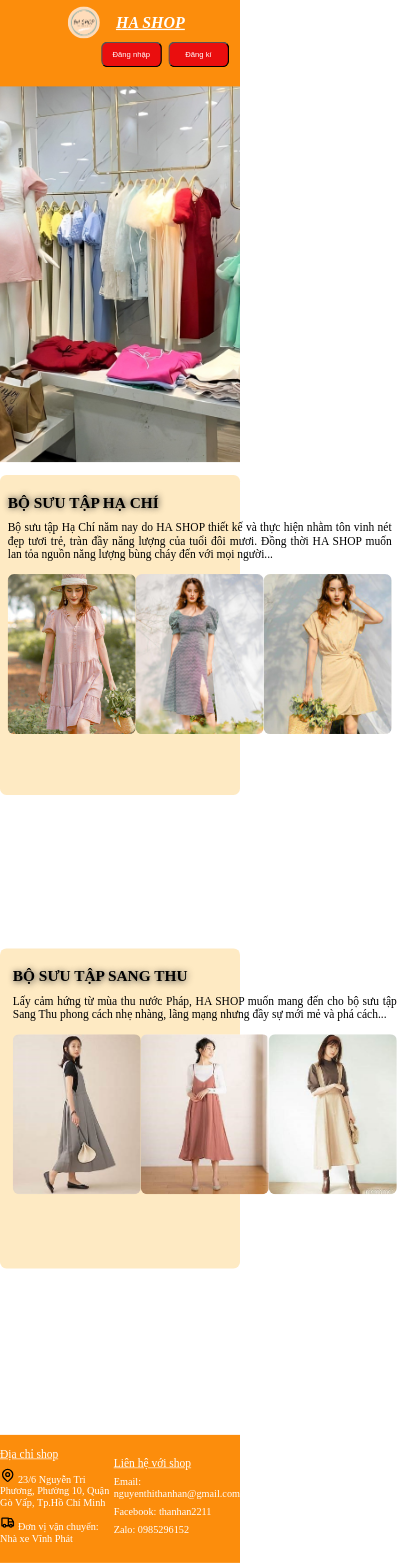
Repository: manhhieu120499/Project_ShopQuanAo
Page: index.html
An editor plug-in stored every save of this project. The page is shown before and after the next save, followed by the edit.
The browser window is 375 px wide. The page is 620 px wide, then 513 px, so the pictures cover 620 px, including what lies to the right of the window. The pictures show the whole page, at 64% of full size.

Above is the page before, as saved 2023-04-07 23:34:32.

After the next save:
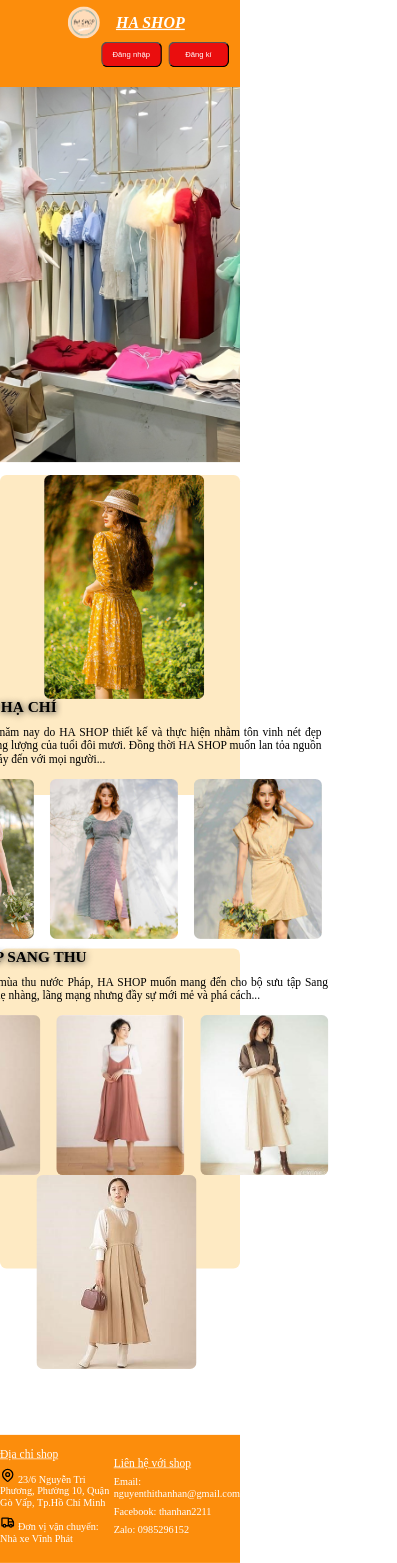
Saved 74 s later.
--- a/responsive/responsive_trangchu.css
+++ b/responsive/responsive_trangchu.css
@@ -101,4 +101,9 @@
        width: 375px;
        margin: 220px auto;
     }
+
+    .album_one {
+        display: flex;
+        flex-direction: column;
+    }
 }
